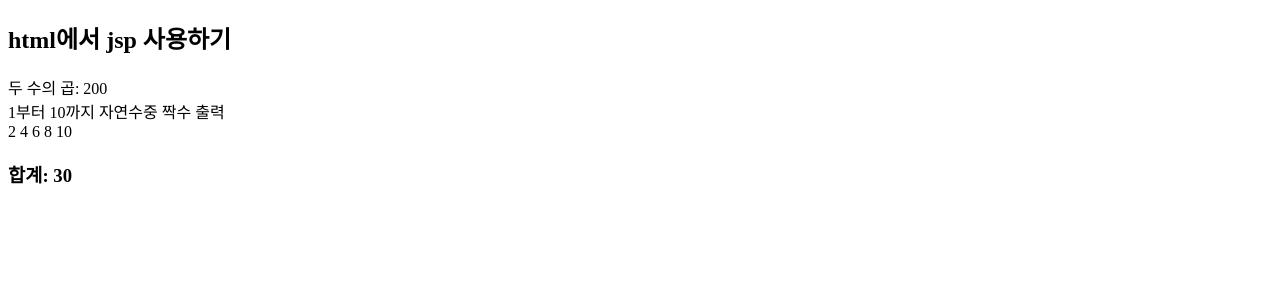
Repository: Kongnamu/JSPworks
Page: http://localhost/jwbook/ch01/Scriptlet.jsp
An editor plug-in stored every save of this project. The page is shown before and after the next save, followed by the edit.
The browser window is 1280 px wide. The pictures show the whole page.
The page is served by Tomcat 9. Other server files are loaded and not shown.

Above is the page before, as saved 2023-11-20 02:13:41.

### jwbook/src/main/webapp/ch01/Scriptlet.jsp
<%@ page language="java" contentType="text/html; charset=UTF-8"
    pageEncoding="UTF-8"%>
<!DOCTYPE html>
<html>
<head>
<meta charset="UTF-8">
<title>스크립트릿 태그</title>
</head>
<body>
	<h2>html에서 jsp 사용하기</h2>
	<!-- 스크립트릿 사용하기 -->
	<%
		int n1 = 10, n2 = 20;
		// 내장 객체 : out.println() 함수 사용
		out.println("두 수의 곱: " + (n1*n2) + "<br>");

		// 1부터 10까지 자연수, 짝수 출력
		out.print("1부터 10까지 자연수중 짝수 출력<br>");
		for(int i = 1; i <= 10; i++){
			if(i % 2 == 0){
				out.println(i);
			}
		}
	%>

	<h3>합계: <%= n1 + n2 %></h3>
</body>
</html>

After the next save:
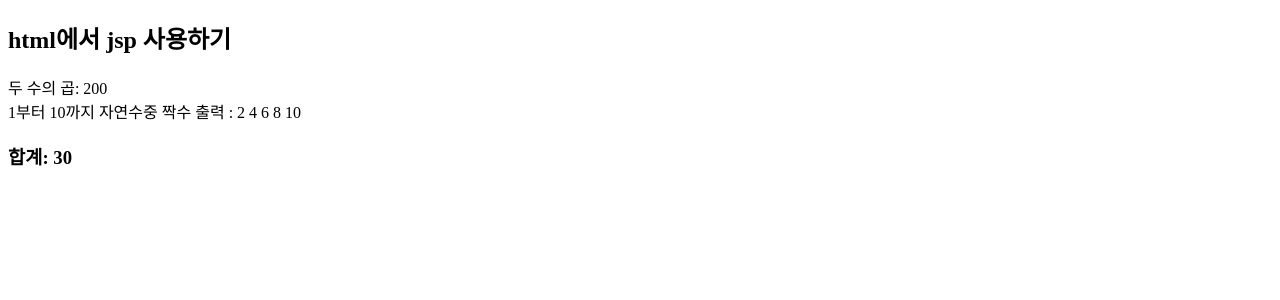
Saved 11 s later.
--- a/jwbook/src/main/webapp/ch01/Scriptlet.jsp
+++ b/jwbook/src/main/webapp/ch01/Scriptlet.jsp
@@ -15,7 +15,7 @@
 		out.println("두 수의 곱: " + (n1*n2) + "<br>");
 
 		// 1부터 10까지 자연수, 짝수 출력
-		out.print("1부터 10까지 자연수중 짝수 출력<br>");
+		out.print("1부터 10까지 자연수중 짝수 출력 : ");
 		for(int i = 1; i <= 10; i++){
 			if(i % 2 == 0){
 				out.println(i);
